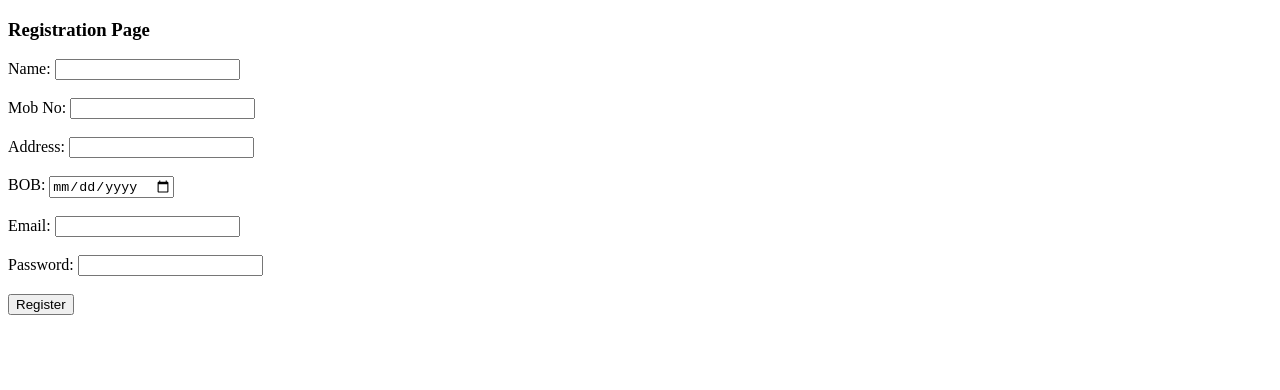
Repository: VinayBhirud/bookshop1
Page: bookshop1/src/main/webapp/register.html
An editor plug-in stored every save of this project. The page is shown before and after the next save, followed by the edit.
The browser window is 1280 px wide. The pictures show the whole page.

Above is the page before, as saved 2023-06-20 17:01:00.

After the next save:
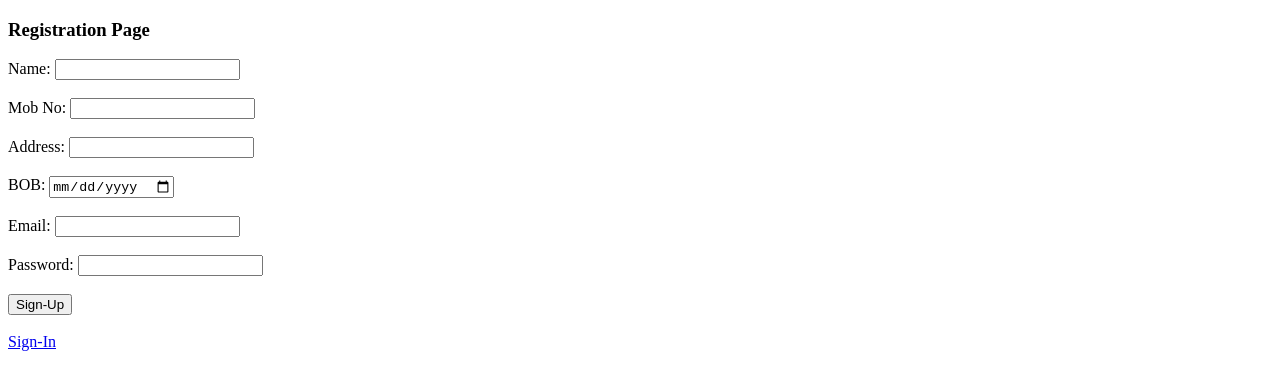
Saved 96 s later.
--- a/bookshop1/src/main/webapp/register.html
+++ b/bookshop1/src/main/webapp/register.html
@@ -8,12 +8,13 @@
 <h3>Registration Page</h3>
 	<form method="post" action="register">
 		Name: <input type="text" name="name "/><br><br>
-		Mob No: <input type="text" name="mobno"/><br><br>
+		Mob No: <input type="number" name="mobno"/><br><br>
 		Address: <input type="text" name="address"/><br><br>
 		BOB: <input type="date" name="date"/><br><br>
 		Email: <input type="email" name="email"/><br><br>
 		Password: <input type="password" name="passwd"/><br/><br/>
-		<input type="submit" value="Register"/>
+		<input type="submit" value="Sign-Up"/><br/><br/>
+		<a href="index.html">Sign-In</a>
 
 	</form>
 </body>
